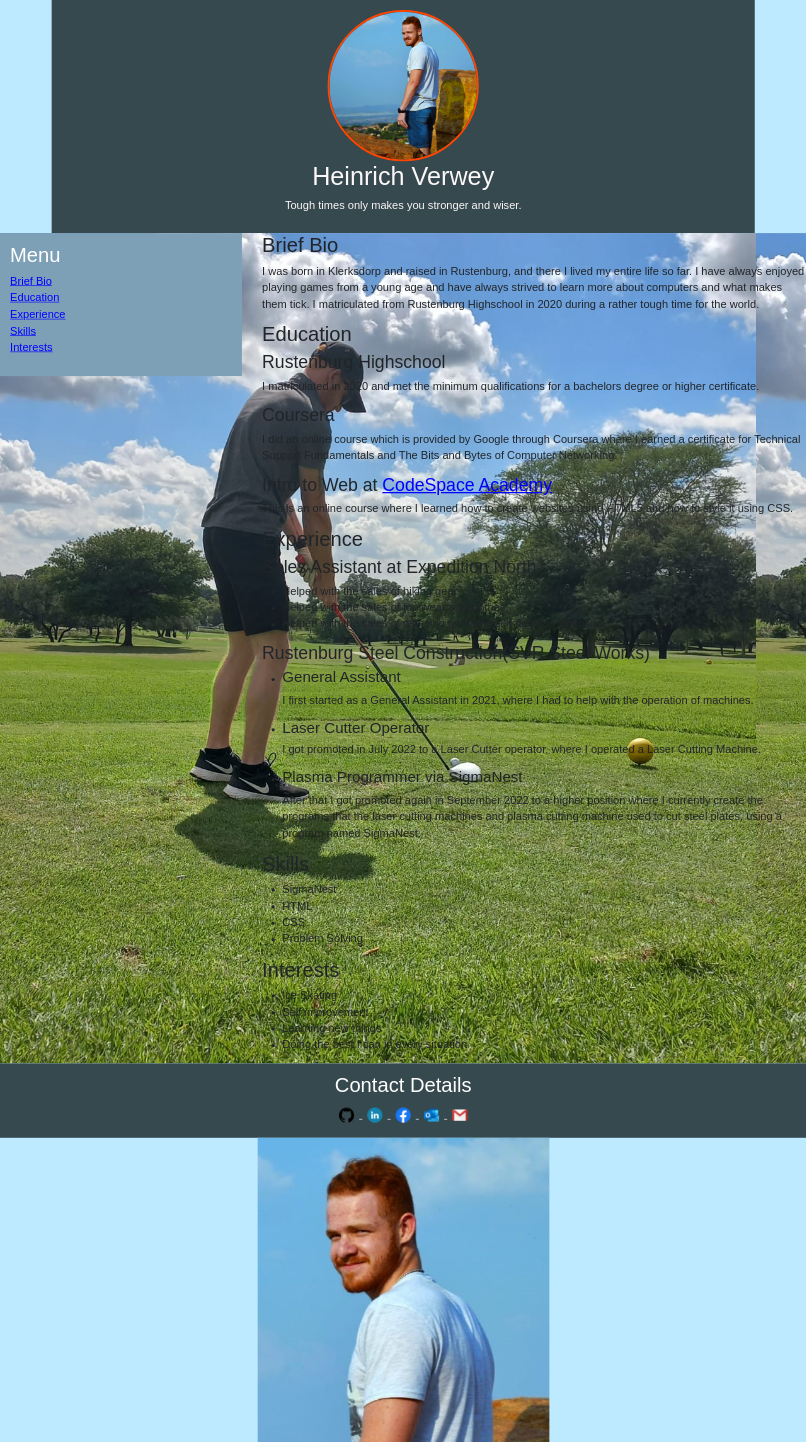
Repository: W3asl3y/IntroToWebDesign
Page: index.html
These files come from the project's save history. The page is drawn as it stood at one moment and after the next save; the edit follows.
The browser window is 1280 px wide. The pictures show the whole page, at 63% of full size.

Above is the page before, as saved 2022-12-07 21:06:47.

After the next save:
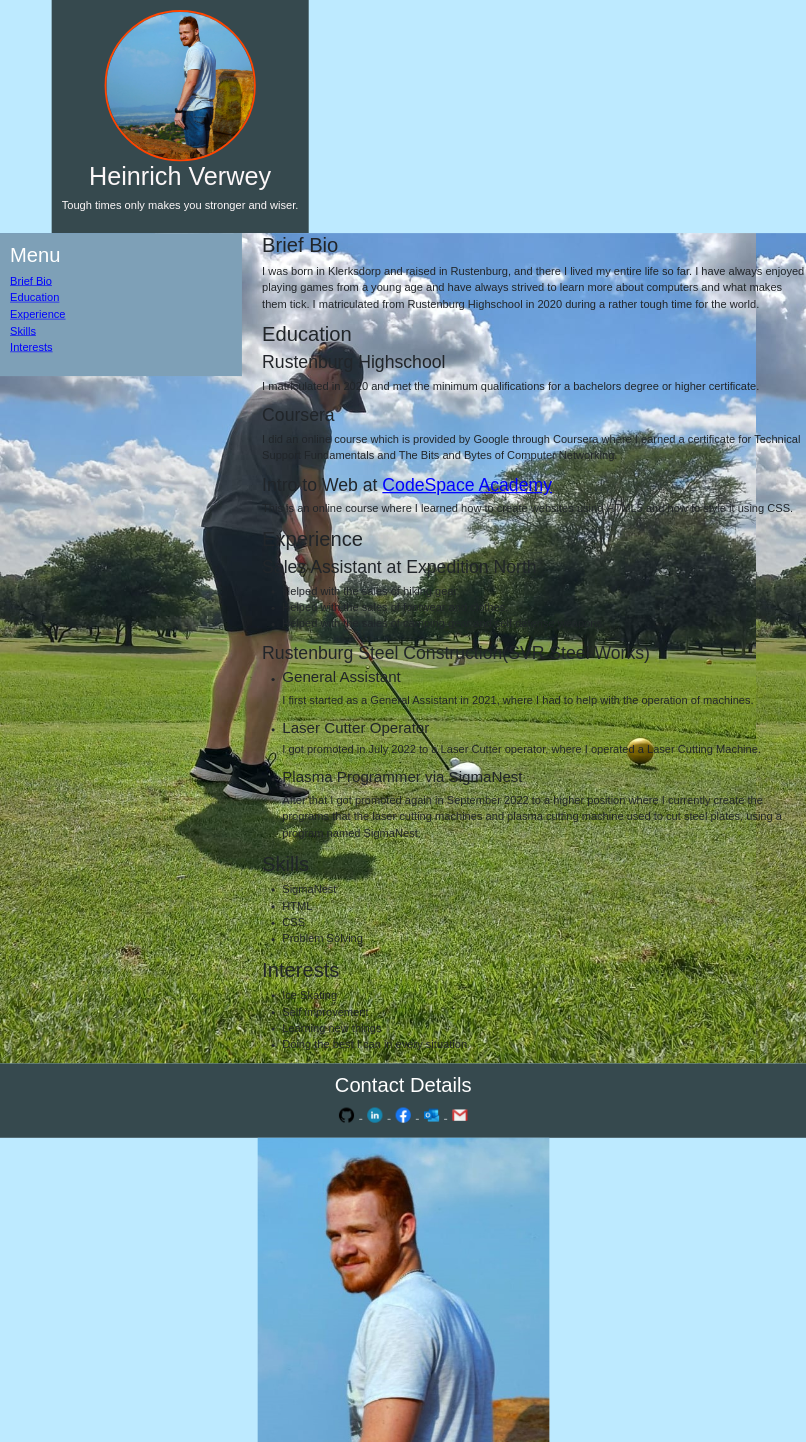
Saved 75 s later.
--- a/index.html
+++ b/index.html
@@ -21,7 +21,7 @@
 
         <div class="container ">
             <div class="row">
-                <div class="col-12">
+                <div class="col-auto" >
                     <header id="heading">
                         <img id="profile_picture" src="images/Heinrich.jpg" alt="My profile picture" >
                         <h1>

After the save that followed:
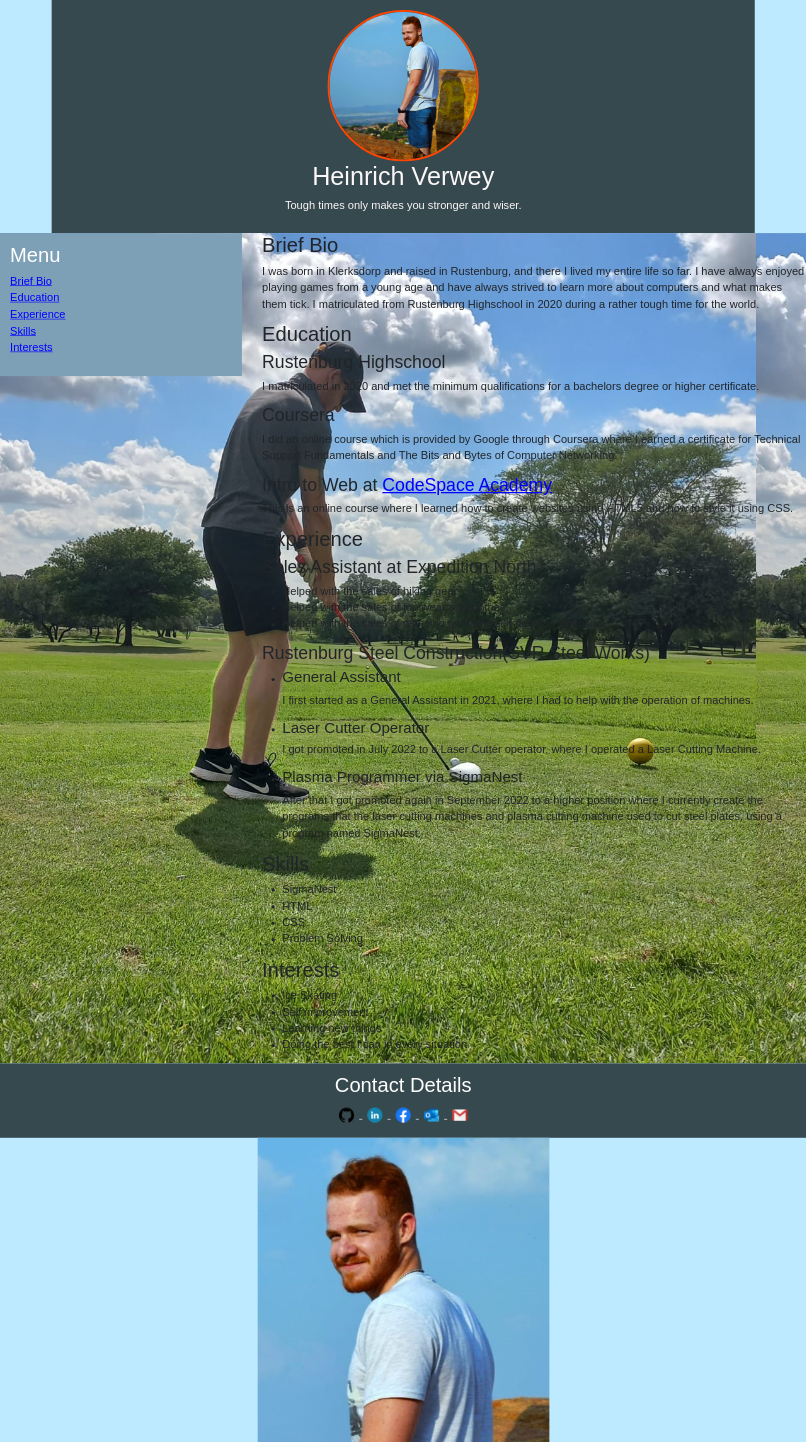
Saved 9 s later.
--- a/index.html
+++ b/index.html
@@ -21,7 +21,7 @@
 
         <div class="container ">
             <div class="row">
-                <div class="col-auto" >
+                <div class="col-13" >
                     <header id="heading">
                         <img id="profile_picture" src="images/Heinrich.jpg" alt="My profile picture" >
                         <h1>
